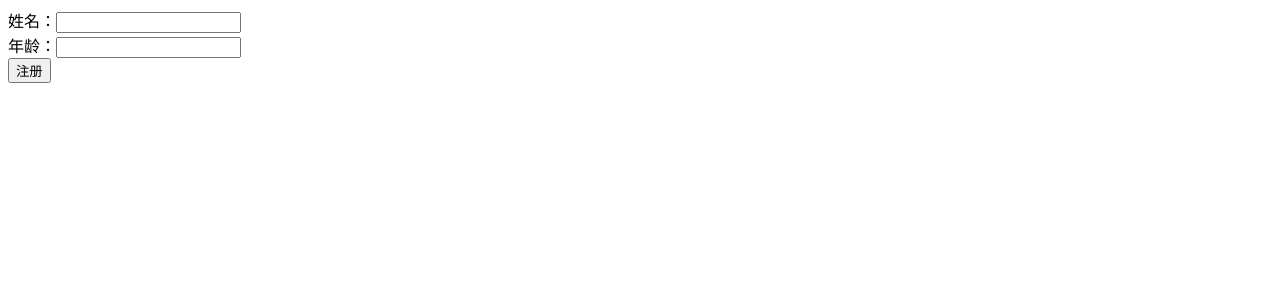
Repository: xianzhixianzhixian/SpringMVC
Page: http://localhost/29-returnVoid-AJAX/
These files come from the project's save history. The page is drawn as it stood at one moment and after the next save; the edit follows.
The browser window is 1280 px wide. The pictures show the whole page.
The page is served by Tomcat 9.

Above is the page before, as saved 2017-09-21 07:28:42.

After the next save:
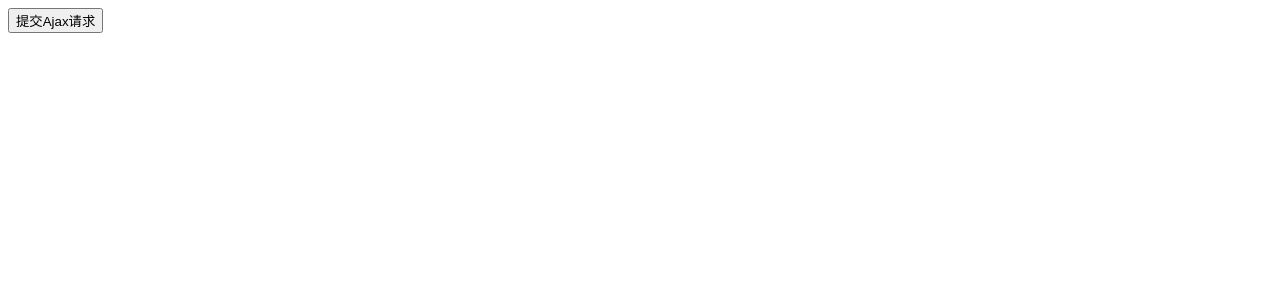
Saved 47 s later.
--- a/29-returnVoid-AJAX/WebContent/index.jsp
+++ b/29-returnVoid-AJAX/WebContent/index.jsp
@@ -8,10 +8,6 @@
 	</head>
 
 	<body>
-		<form action="${pageContext.request.contextPath}/test/register.do" method="POST">
-			姓名：<input type="text" name="name"/><br>
-			年龄：<input type="age" name="age"/><br>
-			<input type="submit" value="注册"/>
-		</form>
+		<button>提交Ajax请求</button>
 	</body>
 </html>
